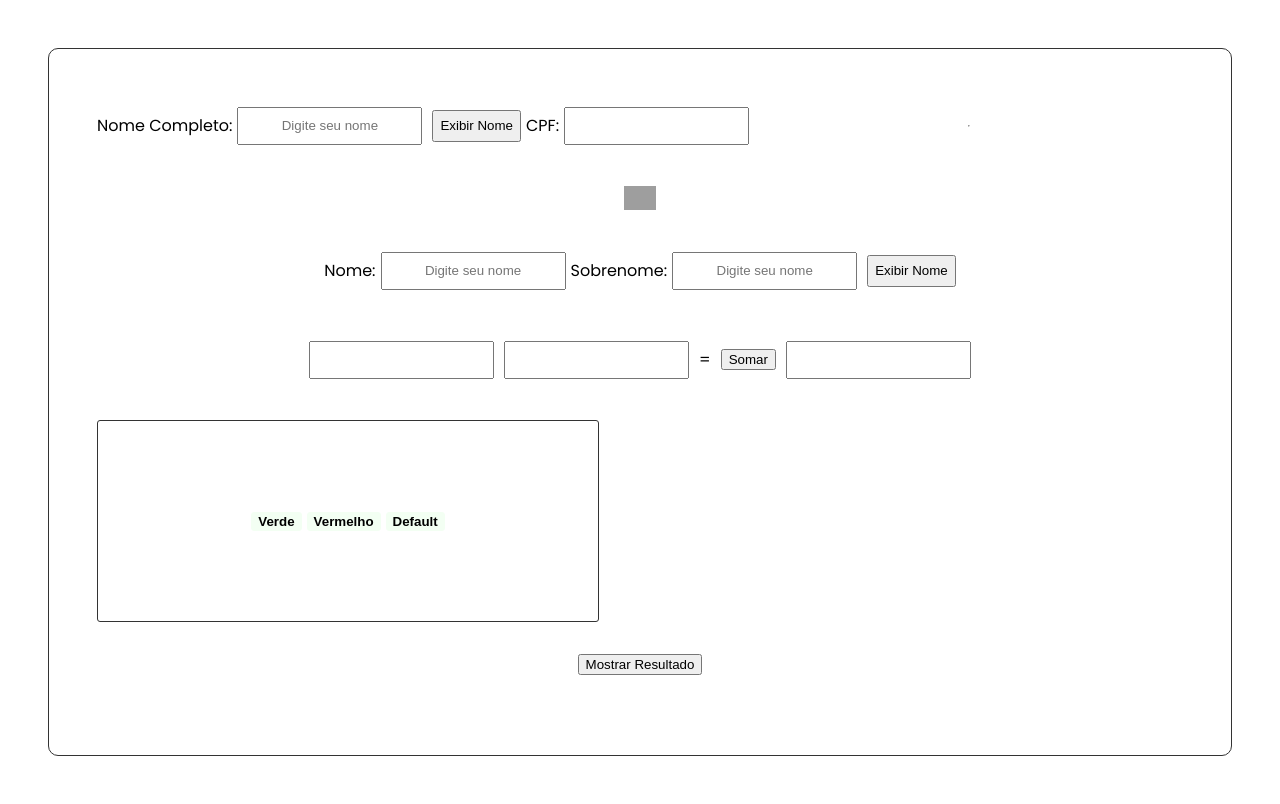
Repository: guilhermecardoso93/exerciciosjs
Page: index.html
An editor plug-in stored every save of this project. The page is shown before and after the next save, followed by the edit.
The browser window is 1280 px wide. The pictures show the whole page.
Pictures or frames that could not be fetched are drawn as grey boxes.

Above is the page before, as saved 2023-05-21 16:21:35.

### index.html
<!DOCTYPE html>
<html lang="pt-Br">
  <head>
    <meta charset="UTF-8" />
    <meta http-equiv="X-UA-Compatible" content="IE=edge" />
    <meta name="viewport" content="width=device-width, initial-scale=1.0" />
    <link rel="preconnect" href="https://fonts.googleapis.com" />
    <link rel="preconnect" href="https://fonts.gstatic.com" crossorigin />
    <link rel="stylesheet" href="styles.css" />
    <link
      href="https://fonts.googleapis.com/css2?family=Poppins:wght@400;500&display=swap"
      rel="stylesheet"
      />
    <title>40 - exercícios de JS</title>
  </head>
  <body>
    <div class="NameDiv">
      <p>Nome Completo:</p>
      <input type="text" name="name" id="name" placeholder="Digite seu nome" />
      <br />
      <input type="button" value="Exibir Nome" id="exibir-nome" />
      <p>CPF:</p>
      <input maxlength="14" id="cpf" />
      <hr />
    </div>
    <div>
      <img id="lamp" src="https://www.w3schools.com/js/pic_bulboff.gif" />
    </div>
    <div class="fullNameDiv">
      <p>Nome:</p>
      <input
        type="text"
        name="name-2"
        id="name-2"
        placeholder="Digite seu nome"
        />
      <p>Sobrenome:</p>
      <input
        type="text"
        name="fullname"
        id="fullname"
        placeholder="Digite seu nome"
        />
      <br />
      <input type="button" value="Exibir Nome" id="exibir-nome-convidado" />
    </div>
    <div>
      <input type="text" id="number-1" maxlength="5" /><br /><br />
      <input type="text" id="number-2" maxlength="5" /><br />
      <p>=</p>
      <br />

      <button id="buttonSoma">Somar</button><br /><br />

      <input type="text" id="result" maxlength="5" />
    </div>
    <div id="container">
      <button id="greenButton">Verde</button>
      <button id="redButton">Vermelho</button>
      <button id="defaultButton">Default</button>
    </div>
    <div id="resultado">
      <button id="resultadoButton">Mostrar Resultado</button>
    </div>
  </body>
  <script src="./script.js"></script>
</html>

### styles.css
body {
  font-family: "Poppins", sans-serif;
  margin: 3rem;
  border: 1px solid #333;
  border-radius: 10px;
  padding: 3rem;
}

main {
  margin: 0 auto;
  align-items: center;
  justify-content: center;
}

#lamp {
  cursor: pointer;
  cursor: hand;
  width: 2rem;
}

body input {
  height: 2rem;
  text-align: center;
}

div {
  display: flex;
  gap: 5px;
  align-items: center;
  justify-content: center;
  margin-bottom: 2rem;
}

#container {
  display: flex;
  gap: 5px;
  align-items: center;
  justify-content: center;

  width: 500px;
  height: 200px;
  border: 1px solid #333;
  border-radius: 3px;
}

#container button {
  border: 1px solid #f3fff3;
  border-radius: 3px;
  background-color: #f3fff3;
  font-weight: bold;
}

### script.js
function multi(numb1, number2) {
  console.log(numb1 * number2);
}

function desc(n){
  console.log((n* 0.05))
}

function age(year) {
  var data = new Date();
  var actualYear = data. getFullYear();

  const diference = actualYear - year

  if(diference <= 18 && diference >= 0) {
    return console.log('Você é menor de idade', diference)
  } else {
    return console.log('Você é maior de idade', diference)
  }
}

After the next save:
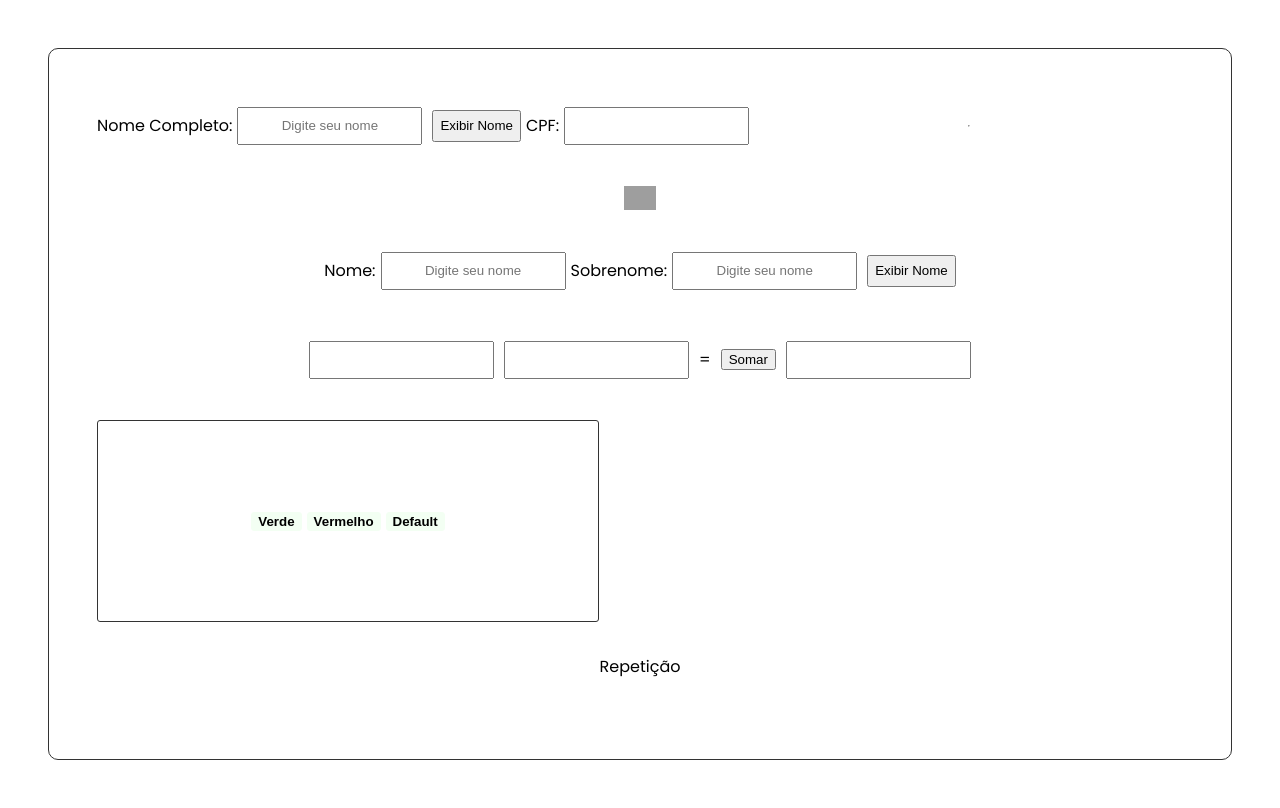
Saved 3 min 34 s later.
--- a/script.js
+++ b/script.js
@@ -18,3 +18,7 @@ function age(year) {
     return console.log('Você é maior de idade', diference)
   }
 }
+
+const divResultado = document.getElementById('resultado')
+
+divResultado.innerHTML = 'Repetição'
